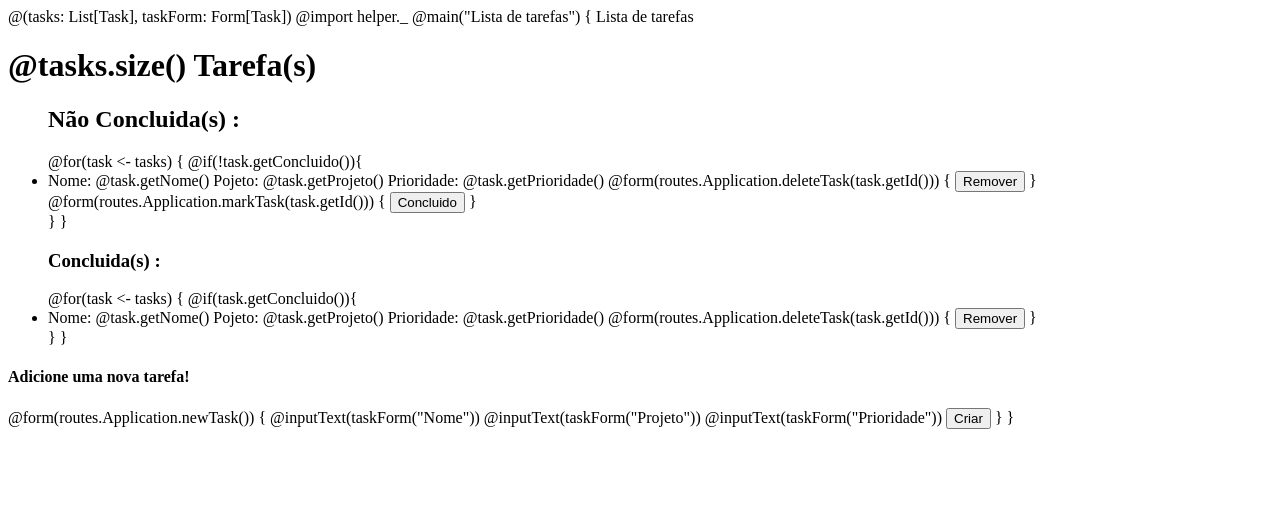
Repository: lcavalcante/si1
Page: lab2/.target/views/index.scala.html
An editor plug-in stored every save of this project. The page is shown before and after the next save, followed by the edit.
The browser window is 1280 px wide. The pictures show the whole page.

Above is the page before, as saved 2013-11-27 01:30:39.

After the next save:
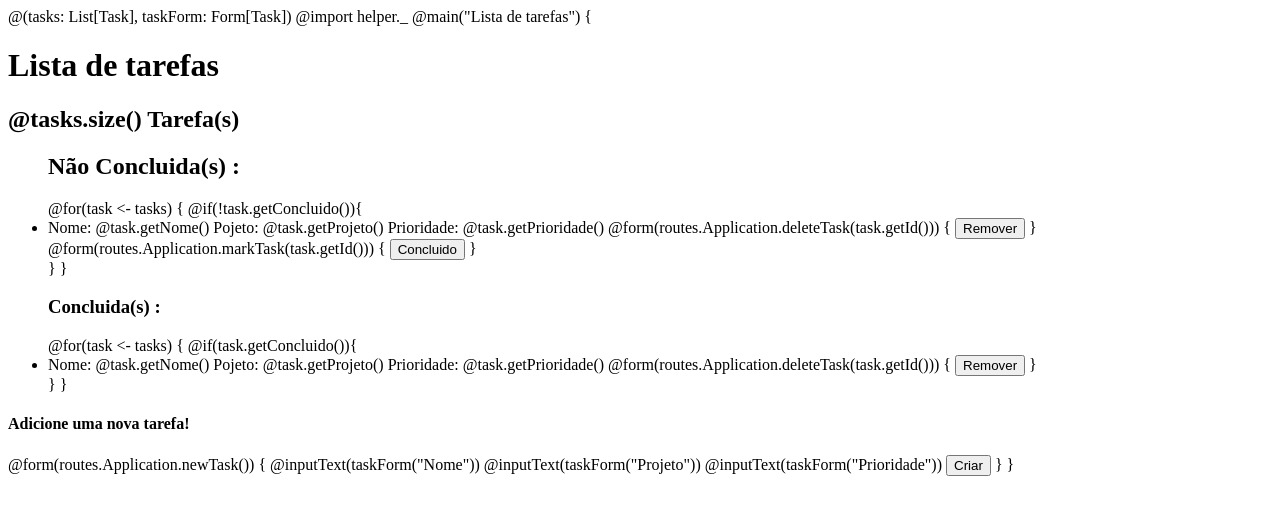
Saved 18 s later.
--- a/lab2/.target/views/index.scala.html
+++ b/lab2/.target/views/index.scala.html
@@ -5,9 +5,9 @@
 @main("Lista de tarefas") {
 
 
-    <h0> Lista de tarefas </h0>
+    <h1> Lista de tarefas </h0>
 
-    <h1>@tasks.size() Tarefa(s)</h1>
+    <h2>@tasks.size() Tarefa(s)</h1>
 
     <ul>
         <h2>Não Concluida(s) : </h2>
